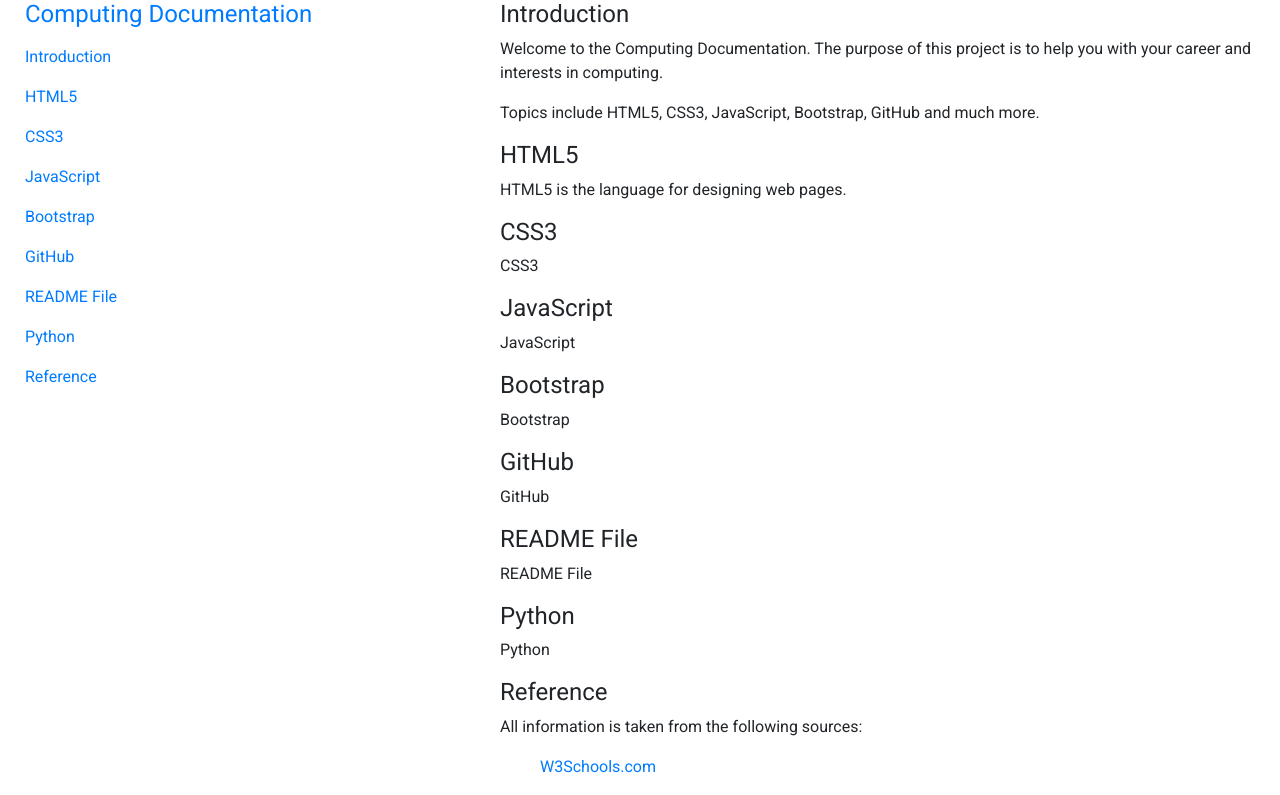
Repository: derektypist/technical-documentation-page
Page: index.html
The author's editor kept a record of every edit. The page is drawn from the files as they stood at one moment, then again after the next edit.
The browser window is 1280 px wide. The pictures show the whole page.

Above is the page before.

After the next edit:
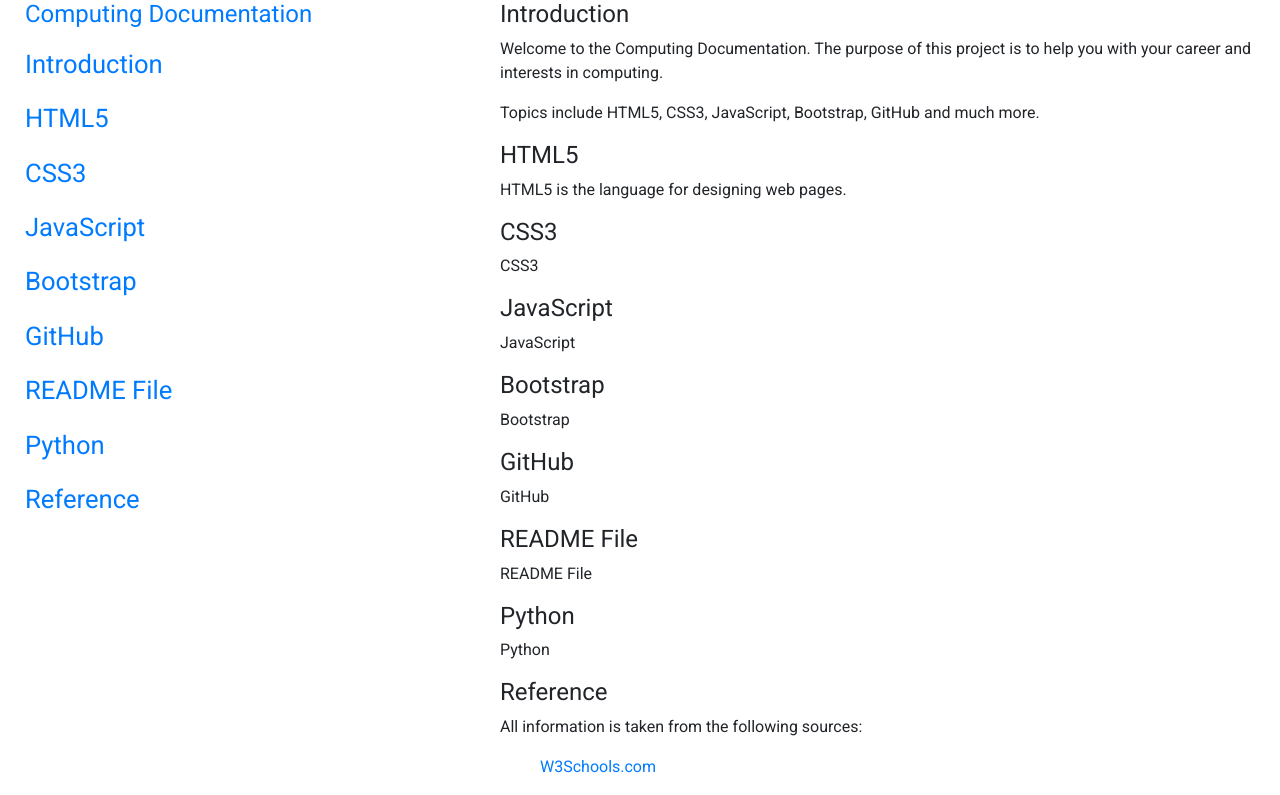
The edit:
--- a/index.html
+++ b/index.html
@@ -15,6 +15,7 @@
     #navbar {
       font-family: "Roboto", Arial, Verdana, sans-serif;
       margin-left: 25px;
+      font-size: 2vw;
       position: fixed;
     }
 
